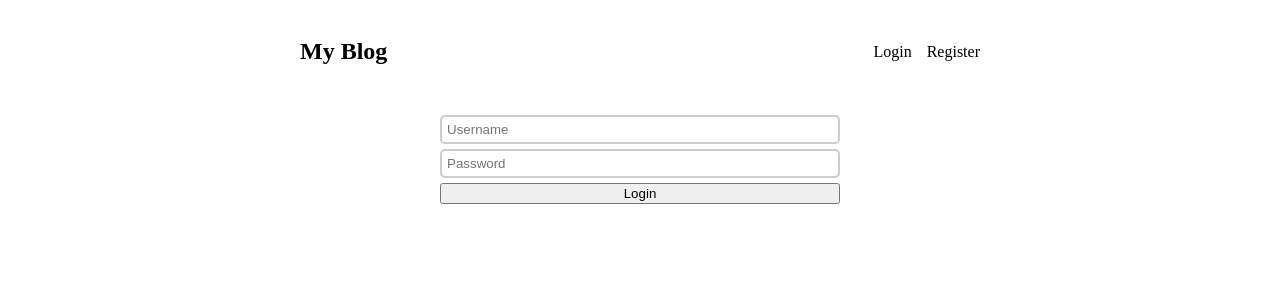
Repository: AtenaHatta/blog-app
Page: /login (app in client/vite-project/)
These files come from the project's save history. The page is drawn as it stood at one moment and after the next save; the edit follows.
The browser window is 1280 px wide. The pictures show the whole page.
The project was rebuilt for these pictures with package versions that can differ from the ones it lists, and the page was loaded fresh each time. Also part of the build but not shown: client/vite-project/src/Post.jsx, client/vite-project/src/pages/IndexPage.jsx, client/vite-project/src/pages/RegisterPage.jsx, client/vite-project/src/index.css.

Above is the page before, as saved 2023-05-23 23:03:19.

### client/vite-project/src/App.jsx
import './App.css'
import Post from './Post'
import Header from './Header'
import Layout from '@/Layout'
import IndexPage from '@/pages/IndexPage'
import LoginPage from '@/pages/LoginPage'
import RegisterPage from '@/pages/RegisterPage'
import { Routes, Route } from 'react-router-dom'

function App() {

  return (
    <Routes>
    <Route path='/' element={<Layout />} >
      <Route index element={<IndexPage />} />
      <Route path='/login' element={<LoginPage />} />
      <Route path='/register' element={<RegisterPage />}/>
      </Route>
    </Routes>
  )
}

export default App

### client/vite-project/src/App.css
*{
  box-sizing: border-box;
}

body{
  background-color: white;
  color: black;
}

img{
  max-width: 100%;
}

main{
  padding: 10px;
  max-width: 700px;
  margin: 0 auto;
}

header{
  display: flex;
  justify-content: space-between;
  margin-top: 20px;
  margin-bottom: 50px;
  align-items: center;
}

header a{
  text-decoration: none;
  color: inherit;
}

header a.logo{
  font-weight: bold;
  font-size: 1.5rem;
}

header nav{
  display: flex;
  gap: 15px;
}

div.post{
  display: grid;
  grid-template-columns: 0.9fr 1.1fr;
  gap: 20px;
  margin-bottom: 30px;
}

div.post div.texts h2{
  margin: 0;
  font-size: 1.8rem;
}

div.post p.info{
  margin: 6px 0;
  color: #888;
  font-size: 0.7rem;
  font-weight:  bold;
  display: flex;
  gap: 10px;
}

div.post info a.author{
  color: #333;
}

div.post p.summary{
  margin: 10px 0;
  line-height: 1.4rem;
}

form.login, form.register{
  max-width: 400px;
  margin: 0 auto;
}

input{
  display: block;
  margin-bottom:  5px;
  width: 100%;
  padding: 5px;
  border: 2px solid #ccc;
  border-radius: 5px;
  background-color: #fff;
}

button{
  width: 100%;
  display: block;
}

### client/vite-project/src/Header.jsx
export default function Header() {

    return(
        <header>
        <a href='' className='logo'>My Blog</a>
        <nav>
          <a href=''>Login</a>
          <a href=''>Register</a>
        </nav>
      </header>
    )
}

### client/vite-project/src/Layout.jsx
import Header from './Header';
import { Outlet } from 'react-router-dom';

export default function Layout(){
    return(
    <main>
        <Header />
        <Outlet />
    </main>
    );
}

### client/vite-project/src/pages/LoginPage.jsx
export default function LoginPage() {
    return(
        <div>
            <form className='login'>
                <input type="text" placeholder="Username" />
                <input type="password" placeholder="Password" />
                <button>Login</button>
            </form>
        </div>
    )
}

Loaded but not shown: client/vite-project/index.html (common file); client/vite-project/src/main.jsx (common file)

After the next save:
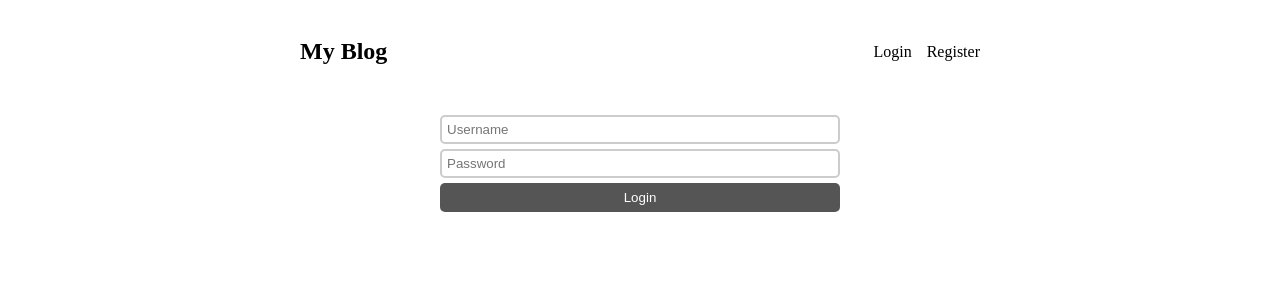
Saved 74 s later.
--- a/client/vite-project/src/App.css
+++ b/client/vite-project/src/App.css
@@ -88,4 +88,9 @@ input{
 button{
   width: 100%;
   display: block;
+  background-color: #555;
+  border: 0;
+  color: #fff;
+  border-radius: 5px;
+  padding: 7px
 }
